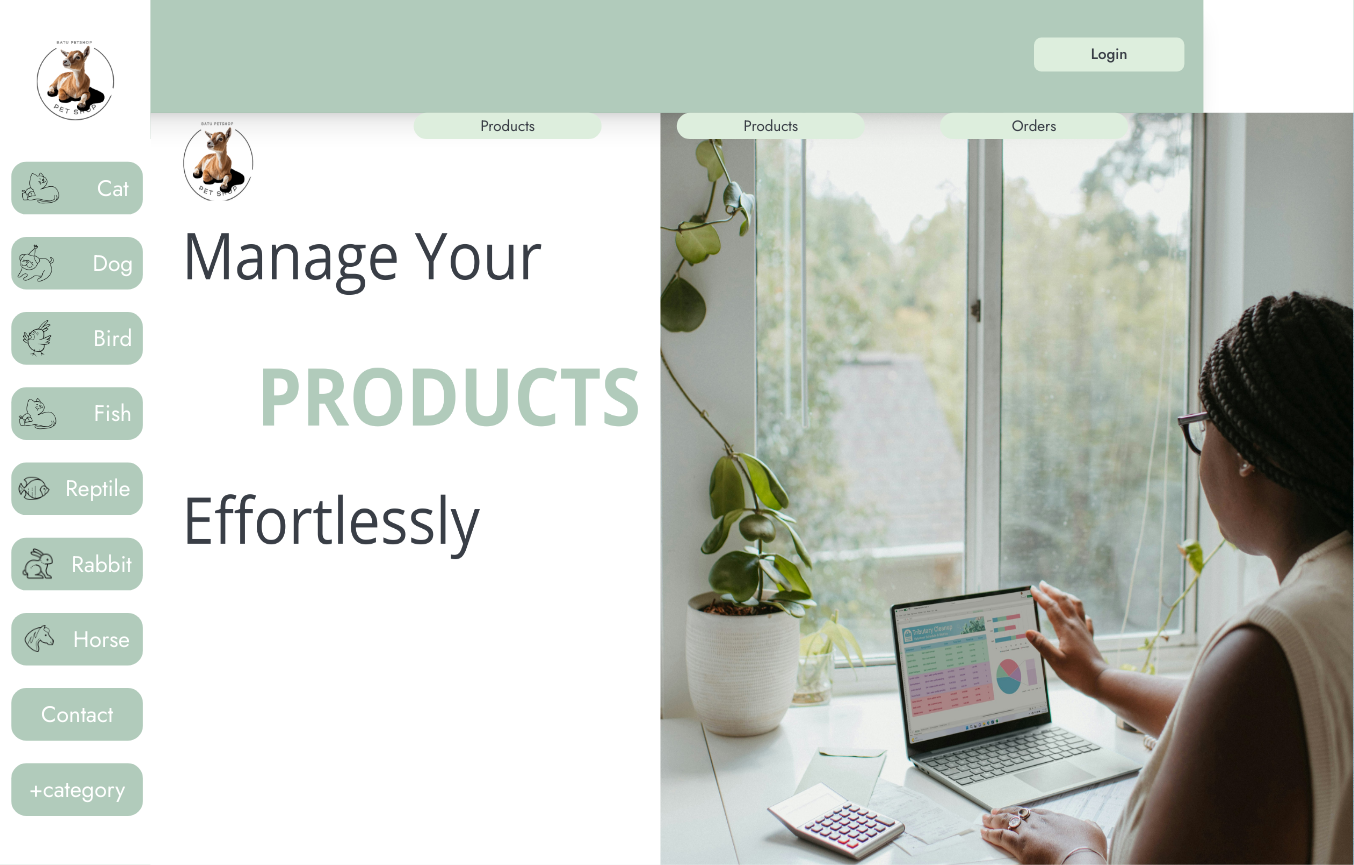
Repository: batu-call/batu-petshop
Page: /main (app in petshopp-appAdmin/admin/)
An editor plug-in stored every save of this project. The page is shown before and after the next save, followed by the edit.
The browser window is 1280 px wide. The page is 1440 px wide, so the pictures cover 1440 px, including what lies to the right of the window. The pictures show the whole page, at 94% of full size.
The project was rebuilt for these pictures with package versions that can differ from the ones it lists, and the page was loaded fresh each time. The framework's server and built-in components were replaced by stand-ins that run in the browser. Also part of the build but not shown: petshopp-appAdmin/admin/next.config.ts.

Above is the page before, as saved 2025-09-21 01:45:50.

### petshopp-appAdmin/admin/src/app/layout.tsx
import type { Metadata } from "next";
import { Jost } from 'next/font/google';
import "./globals.css";

const jost = Jost({
  subsets: ['latin'],
  weight: ['400', '500', '700'],
});


export const metadata: Metadata = {
  title: "Batu Petshop AdminPanel",
  description: "Generated by create next app",
   icons: {
    icon: '/favicon.ico',
  },
};

export default function RootLayout({
  children,
}: Readonly<{
  children: React.ReactNode;
}>) {
  return (
    <html lang="en">
      <body
        className={`antialiased ${jost.className}`}
      >
        {children}
      </body>
    </html>
  );
}

### petshopp-appAdmin/admin/src/app/main/layout.tsx
import Main from "./controller/Main"

export default function MainLayout({ children }: { children: React.ReactNode }) {
  return <Main>{children}</Main>
}

### petshopp-appAdmin/admin/src/app/main/page.tsx
import React from 'react'
import Main from './controller/Main'


const page = () => {
  return (
    <div>
        <Main />
    </div>
  )
}

export default page

### petshopp-appAdmin/admin/src/app/globals.css
@import "tailwindcss";
@import "tw-animate-css";

@custom-variant dark (&:is(.dark *));

@layer utilities {
  .bg-primary {
    background-color: #B1CBBB;
  }
  .bg-secondary {
    background-color: #DDEEDD;
  }
  .bg-secondary_20 {
    background-color: rgba(221, 238, 221, 0.2);
  }
  .text-jost {
    font-family: 'Jost',sans-serif;
  }
  .text-color {
    color: #393E46;
  }
  .text-color2 {
    color: #B1CBBB;
  }
}

body {
  font-family: 'Jost', Arial, Helvetica, sans-serif
}

@theme inline {
  --radius-sm: calc(var(--radius) - 4px);
  --radius-md: calc(var(--radius) - 2px);
  --radius-lg: var(--radius);
  --radius-xl: calc(var(--radius) + 4px);
  --color-background: var(--background);
  --color-foreground: var(--foreground);
  --color-card: var(--card);
  --color-card-foreground: var(--card-foreground);
  --color-popover: var(--popover);
  --color-popover-foreground: var(--popover-foreground);
  --color-primary: var(--primary);
  --color-primary-foreground: var(--primary-foreground);
  --color-secondary: var(--secondary);
  --color-secondary-foreground: var(--secondary-foreground);
  --color-muted: var(--muted);
  --color-muted-foreground: var(--muted-foreground);
  --color-accent: var(--accent);
  --color-accent-foreground: var(--accent-foreground);
  --color-destructive: var(--destructive);
  --color-border: var(--border);
  --color-input: var(--input);
  --color-ring: var(--ring);
  --color-chart-1: var(--chart-1);
  --color-chart-2: var(--chart-2);
  --color-chart-3: var(--chart-3);
  --color-chart-4: var(--chart-4);
  --color-chart-5: var(--chart-5);
  --color-sidebar: var(--sidebar);
  --color-sidebar-foreground: var(--sidebar-foreground);
  --color-sidebar-primary: var(--sidebar-primary);
  --color-sidebar-primary-foreground: var(--sidebar-primary-foreground);
  --color-sidebar-accent: var(--sidebar-accent);
  --color-sidebar-accent-foreground: var(--sidebar-accent-foreground);
  --color-sidebar-border: var(--sidebar-border);
  --color-sidebar-ring: var(--sidebar-ring);
}

:root {
  --radius: 0.625rem;
  --background: oklch(1 0 0);
  --foreground: oklch(0.145 0 0);
  --card: oklch(1 0 0);
  --card-foreground: oklch(0.145 0 0);
  --popover: oklch(1 0 0);
  --popover-foreground: oklch(0.145 0 0);
  --primary: oklch(0.205 0 0);
  --primary-foreground: oklch(0.985 0 0);
  --secondary: oklch(0.97 0 0);
  --secondary-foreground: oklch(0.205 0 0);
  --muted: oklch(0.97 0 0);
  --muted-foreground: oklch(0.556 0 0);
  --accent: oklch(0.97 0 0);
  --accent-foreground: oklch(0.205 0 0);
  --destructive: oklch(0.577 0.245 27.325);
  --border: oklch(0.922 0 0);
  --input: oklch(0.922 0 0);
  --ring: oklch(0.708 0 0);
  --chart-1: oklch(0.646 0.222 41.116);
  --chart-2: oklch(0.6 0.118 184.704);
  --chart-3: oklch(0.398 0.07 227.392);
  --chart-4: oklch(0.828 0.189 84.429);
  --chart-5: oklch(0.769 0.188 70.08);
  --sidebar: oklch(0.985 0 0);
  --sidebar-foreground: oklch(0.145 0 0);
  --sidebar-primary: oklch(0.205 0 0);
  --sidebar-primary-foreground: oklch(0.985 0 0);
  --sidebar-accent: oklch(0.97 0 0);
  --sidebar-accent-foreground: oklch(0.205 0 0);
  --sidebar-border: oklch(0.922 0 0);
  --sidebar-ring: oklch(0.708 0 0);
}

.dark {
  --background: oklch(0.145 0 0);
  --foreground: oklch(0.985 0 0);
  --card: oklch(0.205 0 0);
  --card-foreground: oklch(0.985 0 0);
  --popover: oklch(0.205 0 0);
  --popover-foreground: oklch(0.985 0 0);
  --primary: oklch(0.922 0 0);
  --primary-foreground: oklch(0.205 0 0);
  --secondary: oklch(0.269 0 0);
  --secondary-foreground: oklch(0.985 0 0);
  --muted: oklch(0.269 0 0);
  --muted-foreground: oklch(0.708 0 0);
  --accent: oklch(0.269 0 0);
  --accent-foreground: oklch(0.985 0 0);
  --destructive: oklch(0.704 0.191 22.216);
  --border: oklch(1 0 0 / 10%);
  --input: oklch(1 0 0 / 15%);
  --ring: oklch(0.556 0 0);
  --chart-1: oklch(0.488 0.243 264.376);
  --chart-2: oklch(0.696 0.17 162.48);
  --chart-3: oklch(0.769 0.188 70.08);
  --chart-4: oklch(0.627 0.265 303.9);
  --chart-5: oklch(0.645 0.246 16.439);
  --sidebar: oklch(0.205 0 0);
  --sidebar-foreground: oklch(0.985 0 0);
  --sidebar-primary: oklch(0.488 0.243 264.376);
  --sidebar-primary-foreground: oklch(0.985 0 0);
  --sidebar-accent: oklch(0.269 0 0);
  --sidebar-accent-foreground: oklch(0.985 0 0);
  --sidebar-border: oklch(1 0 0 / 10%);
  --sidebar-ring: oklch(0.556 0 0);
}

@layer base {
  * {
    @apply border-border outline-ring/50;
  }
  body {
    @apply bg-background text-foreground;
  }
}

### petshopp-appAdmin/admin/src/app/main/controller/Main.tsx
import React from 'react'
import Navbar from '../../Navbar/page'
import Sidebar from '../../Sidebar/page'
import Image from 'next/image'

//1743
const Main = () => {
  return (
    <div className='w-full h-screen bg-primary'>
      {/* Navbar */}
      <Navbar />
      {/* Catgeory */}
      <Sidebar />
      <Image src={"/admin-banner2.png"} alt='admin-banner' width={1743} height={700} className='ml-40 h-200'/>
    </div>
  )
}

export default Main

### petshopp-appAdmin/admin/src/app/Navbar/page.tsx
"use client"
import React, { useState } from 'react'
import Link from 'next/link'
import Image from 'next/image'
import { Button } from "@/components/ui/button"





const Page = () => {

  const [open, setOpen] = useState(false)

  return (
    <div>
      <div className='w-full h-30 bg-primary shadow-xl relative'>
        {/* Image */}
        <Link href={"/main"}>
      <div className='fixed'>
        <Image  src={"/logo.png"} alt='main-icon' width={500} height={500} className='flex justify-center items-center w-40 h-40'/>
      </div>
      </Link>
      {/* Image */}

      {/* Button */}
      <div className='absolute top-10 right-45'>
        <Button className='absolute cursor-pointer bg-secondary text-color w-40 text-base hover:bg-secondary'>Login</Button>
      </div>

      </div>
      <div className='flex gap-20 items-center justify-center absolute right-20'>
      {/* Buton + dropdown*/}
     <div
      className="relative inline-block"
      onMouseEnter={() => setOpen(true)}
      onMouseLeave={() => setOpen(false)}
    >
      {/* Buton */}
      <div className="w-50 h-7 rounded-xl bg-secondary flex items-center justify-center cursor-pointer">
        <h3 className="text-color text-jost">Products</h3>
      </div>

      {/* Dropdown */}
      {open && (
        <div className="absolute left-0 mt-1 w-50 bg-white shadow-lg rounded-xl z-10">
          <ul className="flex flex-col">
            <Link href="/AddProduct">
              <li>
                <a className="block px-4 py-2 hover:bg-gray-200 border-b-2 border-secondary">
                  Add Product
                </a>
              </li>
            </Link>
              <li>
                <a className="block px-4 py-2 hover:bg-gray-200 border-b-2 border-secondary">
                  All Products
                </a>
              </li>
              <li>
                <a className="block px-4 py-2 hover:bg-gray-200">Product Stats</a>
              </li>
          </ul>
        </div>
      )}
    </div>

           <div className="relative inline-block">
      {/* Buton + dropdown*/}
      <div className="group relative">
        <div className="w-50 h-7 rounded-xl bg-secondary flex items-center justify-center cursor-pointer">
          <h3 className="text-color text-jost">Products</h3>
        </div>

        {/* Dropdown */}
        <div className="absolute left-0 hidden group-hover:block mt-1 w-50 bg-white shadow-lg rounded-xl z-10">
          <ul className="flex flex-col">
            <Link href={"/AddProduct"}>
            <li>
                <a className="block px-4 py-2 hover:bg-gray-200 border-secondary border-b-2">Add Product</a>
            </li>
            </Link>
            <li>

                <a className="block px-4 py-2 hover:bg-gray-200 border-secondary border-b-2">All Products</a>

            </li>
            <li>

                <a className="block px-4 py-2 hover:bg-gray-200">Product Stats</a>

            </li>
          </ul>
        </div>
      </div>
    </div>

           <div className="relative inline-block">
      {/* Buton + dropdown*/}
      <div className="group relative">
        <div className="w-50 h-7 rounded-xl bg-secondary flex items-center justify-center cursor-pointer">
          <h3 className="text-color text-jost">Orders</h3>
        </div>

        {/* Dropdown */}
        <div className="absolute left-0 hidden group-hover:block mt-1 w-50 bg-white shadow-lg rounded-xl z-10">
          <ul className="flex flex-col">
            <li>
                <a className="block px-4 py-2 hover:bg-gray-200 border-secondary border-b-2">All Orders</a>

            </li>
            <li>

                <a className="block px-4 py-2 hover:bg-gray-200 border-secondary border-b-2">Processing Orders</a>

            </li>
            <li>

                <a className="block px-4 py-2 hover:bg-gray-200">Completed Orders</a>

            </li>
             <li>

                <a className="block px-4 py-2 hover:bg-gray-200">Order Stats</a>

            </li>
          </ul>
        </div>
      </div>
    </div>
      </div>
    </div>
  )
}

export default Page

### petshopp-appAdmin/admin/src/app/Sidebar/page.tsx
import React from 'react'
import Link from 'next/link'
import Image from 'next/image'

const page = () => {
  return (
    <div>
        <div className='w-40 h-screen bg-white fixed mt-7'>
        {/* Cat */}
        <Link href={"/Cat"}>
      <div className='bg-primary inline-block p-2 items-center mt-6 ml-3 rounded-2xl w-35'>
        <div className='flex gap-9 items-center justify-center'>
       <Image src="/cat_7721779.png" alt='cat-image'
       height={40}
       width={40}
       />
       <h2 className='text-2xl text-jost text-white p-1'>Cat</h2>
      </div>
      </div>
      </Link>
      {/* Dog */}
         <Link href={"/Dog"}>
       <div className='bg-primary inline-block p-2 items-center mt-6 ml-3 rounded-2xl w-35'>
        <div className='flex gap-9 items-center justify-center'>
       <Image src="/dog.png" alt='cat-image'
       height={40}
       width={40}
       />
       <h2 className='text-2xl text-jost text-white p-1'>Dog</h2>
      </div>
      </div>
      </Link>
      {/* BİRD */}
         <Link href={"/Bird"}>
       <div className='bg-primary inline-block p-2 items-center mt-6 ml-3 rounded-2xl w-35'>
        <div className='flex gap-9 items-center justify-center'>
       <Image src="/bird.png" alt='cat-image'
       height={40}
       width={40}
       />
       <h2 className='text-2xl text-jost text-white p-1'>Bird</h2>
      </div>
      </div>
      </Link>
      {/* FİSH */}
         <Link href={"/Fish"}>
       <div className='bg-primary inline-block p-2 items-center mt-6 ml-3 rounded-2xl w-35'>
        <div className='flex gap-9 items-center justify-center'>
       <Image src="/cat_7721779.png" alt='cat-image'
       height={40}
       width={40}
       />
       <h2 className='text-2xl text-jost text-white p-1'>Fish</h2>
      </div>
      </div>
      </Link>
      {/* Reptile */}
         <Link href={"/Reptile"}>
       <div className='bg-primary inline-block p-2 items-center mt-6 ml-3 rounded-2xl w-35'>
        <div className='flex gap-3 items-center justify-center'>
       <Image src="/fish.png" alt='cat-image'
       height={40}
       width={40}
       />
       <h2 className='text-2xl text-jost text-white mr-2'>Reptile</h2>
      </div>
      </div>
      </Link>
      {/* Rabbit */}
         <Link href={"/Rabbit"}>
       <div className='bg-primary inline-block p-2 items-center mt-6 ml-3 rounded-2xl w-35'>
        <div className='flex gap-3 items-center justify-center'>
       <Image src="/rabbit2.png" alt='cat-image'
       height={40}
       width={40}
       />
       <h2 className='text-2xl text-jost text-white p-1'>Rabbit</h2>
      </div>
      </div>
      </Link>
      {/* Horse */}
         <Link href={"/Horse"}>
       <div className='bg-primary inline-block p-2 items-center mt-6 ml-3 rounded-2xl w-35'>
        <div className='flex gap-3 items-center justify-center'>
       <Image src="/horse.png" alt='cat-image'
       height={40}
       width={40}
       />
       <h2 className='text-2xl text-jost text-white p-1'>Horse</h2>
      </div>
      </div>
      </Link>
      {/* Contact */}
         <Link href={"/Contact"}>
       <div className='bg-primary inline-block p-2 items-center mt-6 ml-3 rounded-2xl w-35'>
        <div className='flex gap-3 items-center justify-center'>
       <h2 className='text-2xl text-jost text-white p-1'>Contact</h2>
      </div>
      </div>
      </Link>
      {/* +category */}
       <div className='bg-primary inline-block p-2 items-center mt-6 ml-3 rounded-2xl w-35'>
        <div className='flex gap-3 items-center justify-center'>
       <h2 className='text-2xl text-jost text-white p-1'>+category</h2>
      </div>
      </div>
    </div>
    </div>
  )
}

export default page

### petshopp-appAdmin/admin/src/components/ui/button.tsx
import * as React from "react"
import { Slot } from "@radix-ui/react-slot"
import { cva, type VariantProps } from "class-variance-authority"

import { cn } from "@/lib/utils"

const buttonVariants = cva(
  "inline-flex items-center justify-center gap-2 whitespace-nowrap rounded-md text-sm font-medium transition-all disabled:pointer-events-none disabled:opacity-50 [&_svg]:pointer-events-none [&_svg:not([class*='size-'])]:size-4 shrink-0 [&_svg]:shrink-0 outline-none focus-visible:border-ring focus-visible:ring-ring/50 focus-visible:ring-[3px] aria-invalid:ring-destructive/20 dark:aria-invalid:ring-destructive/40 aria-invalid:border-destructive",
  {
    variants: {
      variant: {
        default: "bg-primary text-primary-foreground hover:bg-primary/90",
        destructive:
          "bg-destructive text-white hover:bg-destructive/90 focus-visible:ring-destructive/20 dark:focus-visible:ring-destructive/40 dark:bg-destructive/60",
        outline:
          "border bg-background shadow-xs hover:bg-accent hover:text-accent-foreground dark:bg-input/30 dark:border-input dark:hover:bg-input/50",
        secondary:
          "bg-secondary text-secondary-foreground hover:bg-secondary/80",
        ghost:
          "hover:bg-accent hover:text-accent-foreground dark:hover:bg-accent/50",
        link: "text-primary underline-offset-4 hover:underline",
      },
      size: {
        default: "h-9 px-4 py-2 has-[>svg]:px-3",
        sm: "h-8 rounded-md gap-1.5 px-3 has-[>svg]:px-2.5",
        lg: "h-10 rounded-md px-6 has-[>svg]:px-4",
        icon: "size-9",
      },
    },
    defaultVariants: {
      variant: "default",
      size: "default",
    },
  }
)

function Button({
  className,
  variant,
  size,
  asChild = false,
  ...props
}: React.ComponentProps<"button"> &
  VariantProps<typeof buttonVariants> & {
    asChild?: boolean
  }) {
  const Comp = asChild ? Slot : "button"

  return (
    <Comp
      data-slot="button"
      className={cn(buttonVariants({ variant, size, className }))}
      {...props}
    />
  )
}

export { Button, buttonVariants }

Loaded but not shown: petshopp-appAdmin/admin/src/lib/utils.ts (common file)

After the next save:
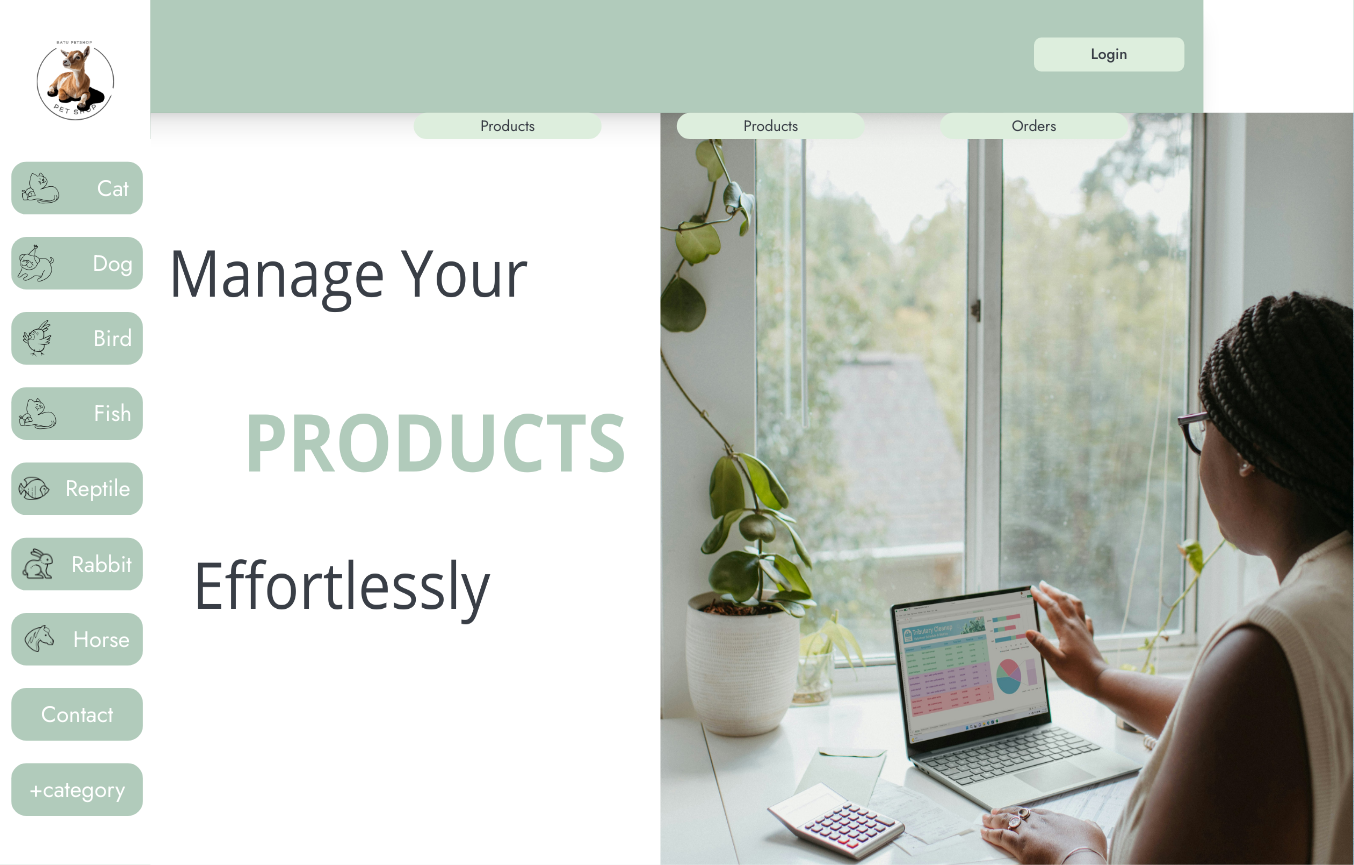
Saved 82 s later.
--- a/petshopp-appAdmin/admin/src/app/main/controller/Main.tsx
+++ b/petshopp-appAdmin/admin/src/app/main/controller/Main.tsx
@@ -11,7 +11,7 @@ const Main = () => {
       <Navbar />
       {/* Catgeory */}
       <Sidebar />
-      <Image src={"/admin-banner2.png"} alt='admin-banner' width={1743} height={700} className='ml-40 h-200'/>
+      <Image src={"/admin-banner3.png"} alt='admin-banner' width={1743} height={700} className='ml-40 h-200'/>
     </div>
   )
 }
